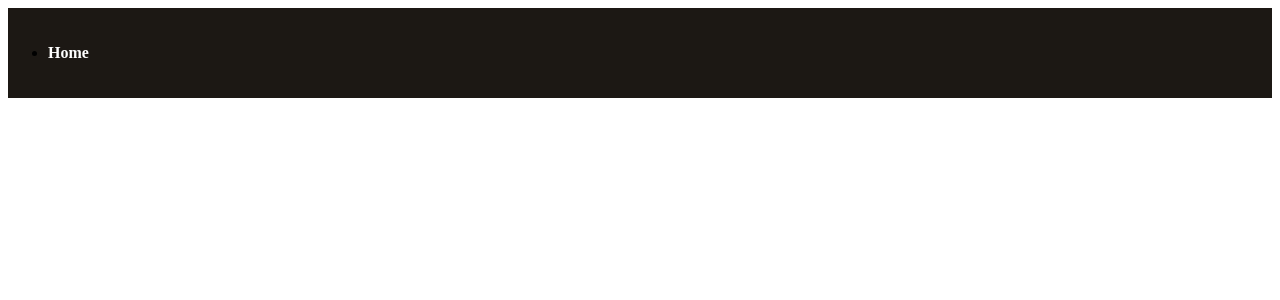
Repository: SitoraRashidova/CoffeShop_Figma
Page: /
These files come from the project's save history. The page is drawn as it stood at one moment and after the next save; the edit follows.
The browser window is 1280 px wide. The pictures show the whole page.
The project was rebuilt for these pictures with package versions that can differ from the ones it lists, and the page was loaded fresh each time. Also part of the build but not shown: vite.config.js.

Above is the page before, as saved 2024-11-24 22:39:35.

### src/index.css
/* :root {
  font-family: Inter, system-ui, Avenir, Helvetica, Arial, sans-serif;
  line-height: 1.5;
  font-weight: 400;

  color-scheme: light dark;
  color: rgba(255, 255, 255, 0.87);
  background-color: #242424;

  font-synthesis: none;
  text-rendering: optimizeLegibility;
  -webkit-font-smoothing: antialiased;
  -moz-osx-font-smoothing: grayscale;
} */

*{
  box-sizing: border-box;
}

.container {
  width: 100%;
  max-width: 1296px;
  margin: 0 auto;
}

/* Header uchun style */

.header{
  background-color: #1C1814;
  padding: 20px 0;
}
.nav-list{
  display: flex;
  align-items: center;
  justify-content: space-between;
}

.nav-list__item-link{
  color: white;
  text-decoration: none;
  font-weight: 600;
}

### src/App.jsx
import './App.css'
import Header from './components/header'

function App() {

  return (
    <>
     <Header />
    </>
  )
}

export default App

### src/App.css
*{
  box-sizing: border-box;
}

/* Header uchun style */

.container {
  width: 100%;
  max-width: 1296px;
  margin: 0 auto;
}

### src/components/header.jsx


const Header = () => {
  return (
    <header className="header">
      <div className="container">
        <div>
            <ul className="nav-list">
                <li className="nav-list__item">
                    <a className="nav-list__item-link" href="/home">Home</a>
                </li>
            </ul>
        </div>
      </div>
    </header>
  )
}

export default Header

Loaded but not shown: index.html (common file); src/main.jsx (common file)

After the next save:
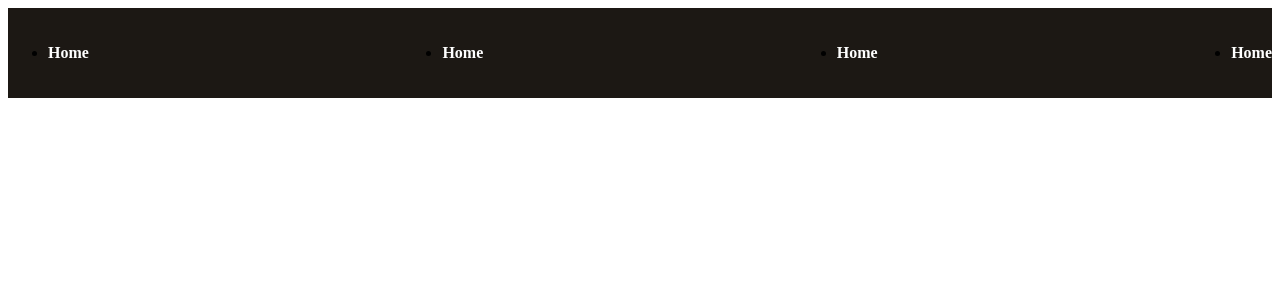
Saved 53 s later.
--- a/src/components/header.jsx
+++ b/src/components/header.jsx
@@ -9,6 +9,15 @@
                 <li className="nav-list__item">
                     <a className="nav-list__item-link" href="/home">Home</a>
                 </li>
+                <li className="nav-list__item">
+                    <a className="nav-list__item-link" href="/home">Home</a>
+                </li>
+                <li className="nav-list__item">
+                    <a className="nav-list__item-link" href="/home">Home</a>
+                </li>
+                <li className="nav-list__item">
+                    <a className="nav-list__item-link" href="/home">Home</a>
+                </li>
             </ul>
         </div>
       </div>
